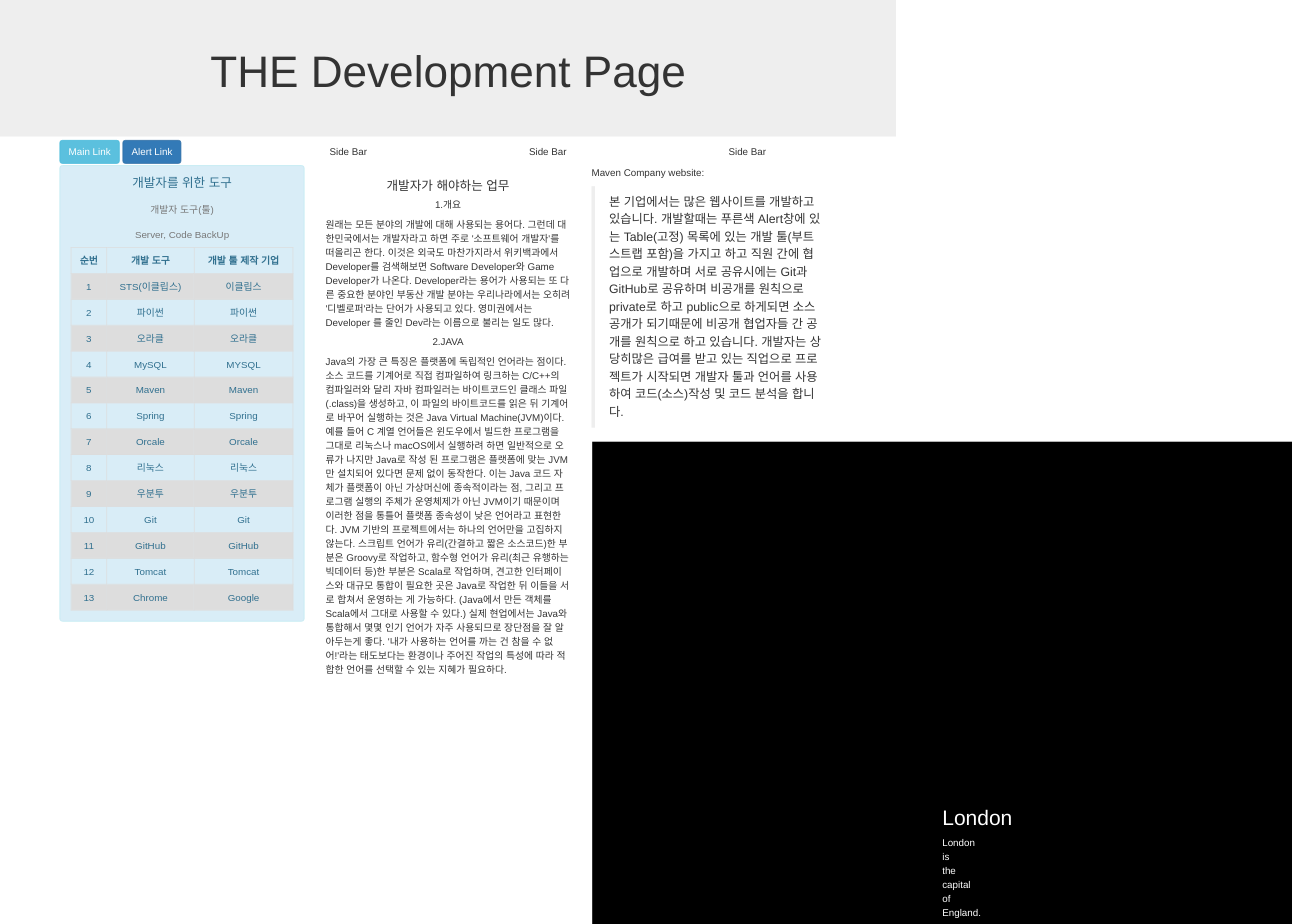
Repository: as2019a/spring
Page: http://localhost/ch19_project_mavenwebsite/WEB-INF/views/development.jsp
An editor plug-in stored every save of this project. The page is shown before and after the next save, followed by the edit.
The browser window is 1280 px wide. The page is 1846 px wide, then 1280 px, so the pictures cover 1846 px, including what lies to the right of the window. The pictures show the part of the page from y = 0 to 1320 px (the page is 2125 px tall before and 1276 px after), at 70% of full size.
Some web libraries are served in a nearby version. The page is served by Tomcat 9. Nobody is signed in. The template is opened directly, without the code that normally fills it, so the values that code supplies are empty.

Above is the page before, as saved 2019-01-30 08:33:21.

After the next save:
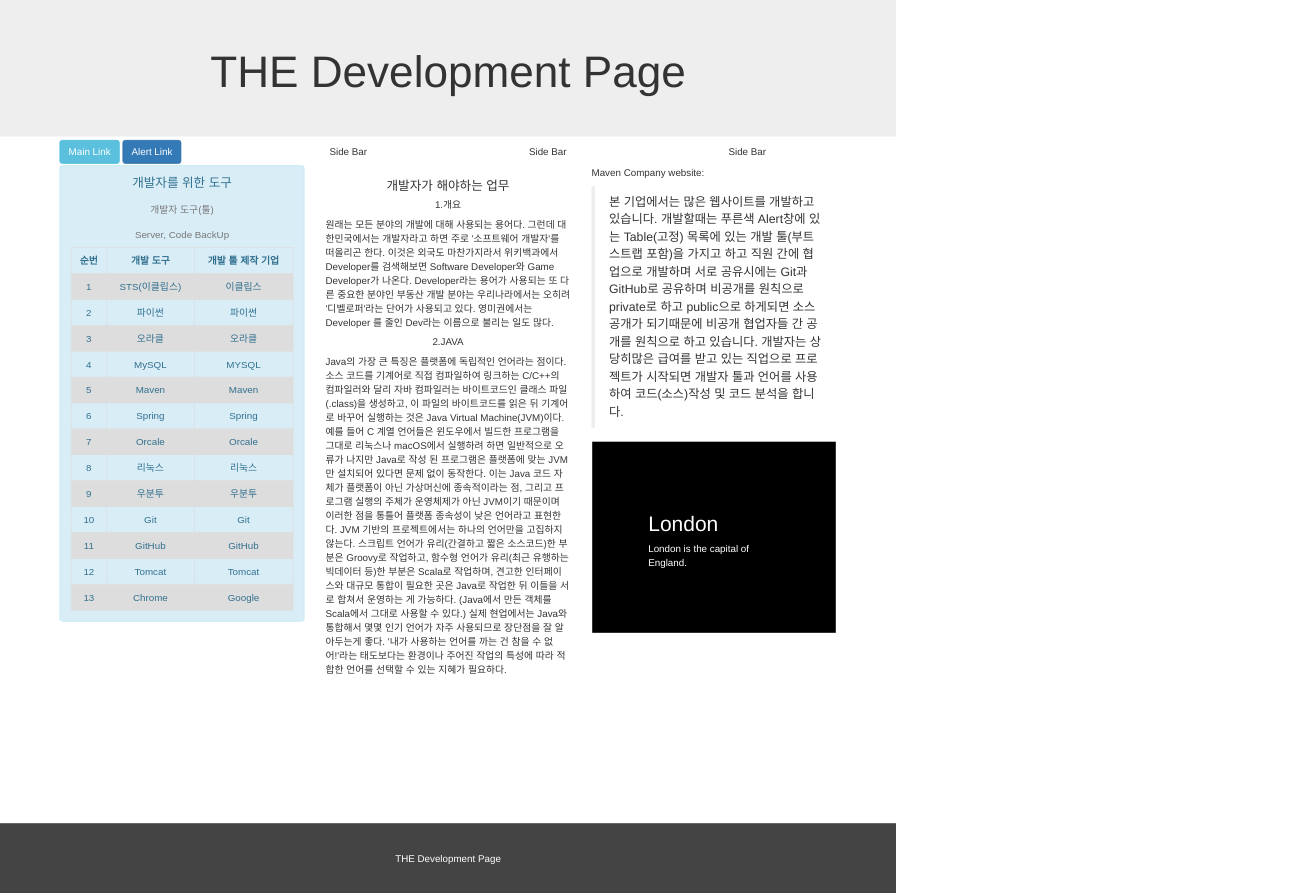
Saved 8 s later.
--- a/ch19_project_mavenwebsite/src/main/webapp/WEB-INF/views/development.jsp
+++ b/ch19_project_mavenwebsite/src/main/webapp/WEB-INF/views/development.jsp
@@ -52,7 +52,7 @@
 	  background-color: black;
 	  color: white;
 	  margin: 1px;
-	  padding: 500px;
+	  padding: 80px;
 	}
 
 	.footer{
